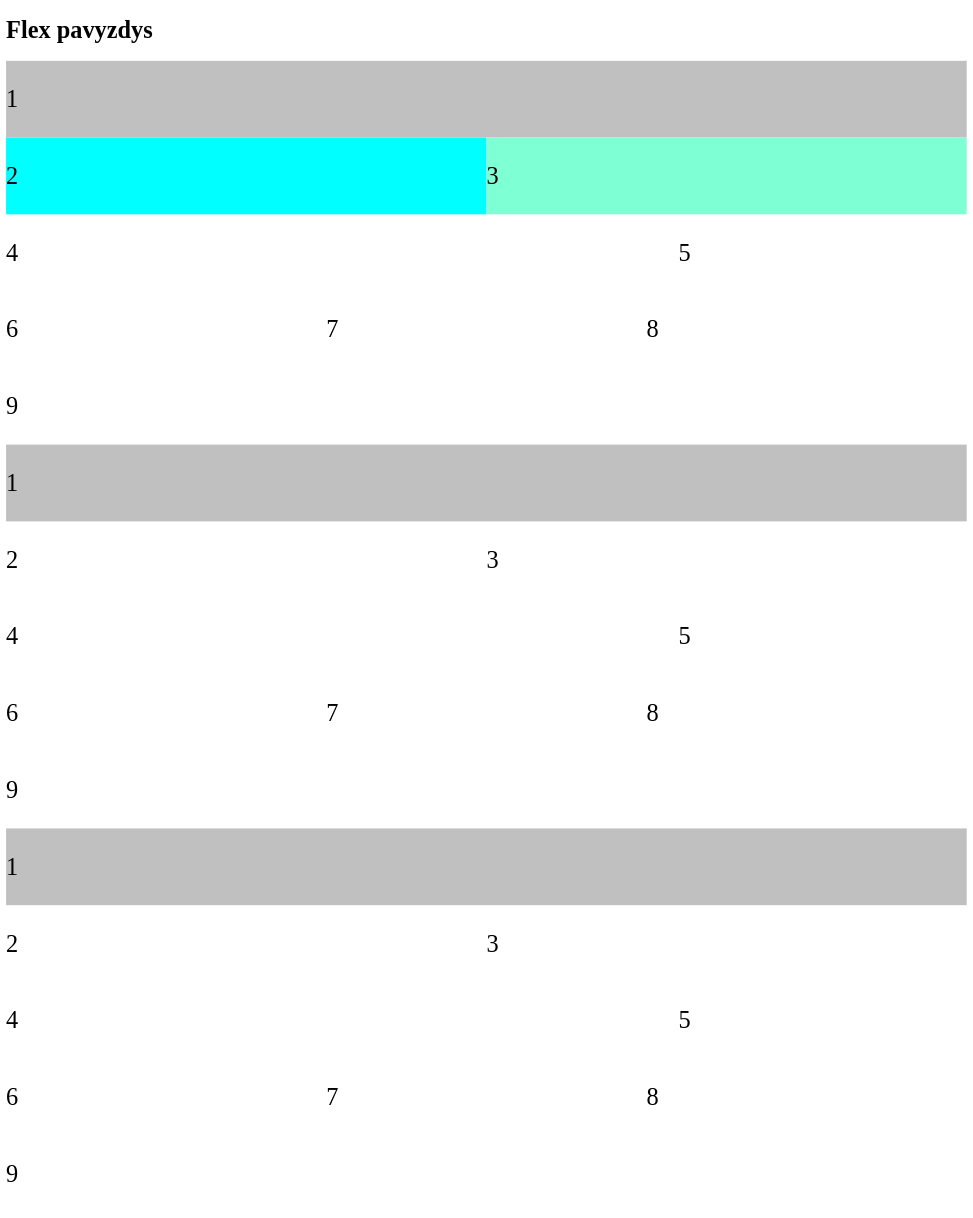
Repository: motiejus1/06-paskaita-invest
Page: index.html
The author's editor kept a copy of each file at every save. The page is drawn from the files as they stood at one save, then again after the next save.
The browser window is 1280 px wide. The pictures show the whole page, at 76% of full size.

Above is the page before, as saved 2021-06-09 18:40:53.

After the next save:
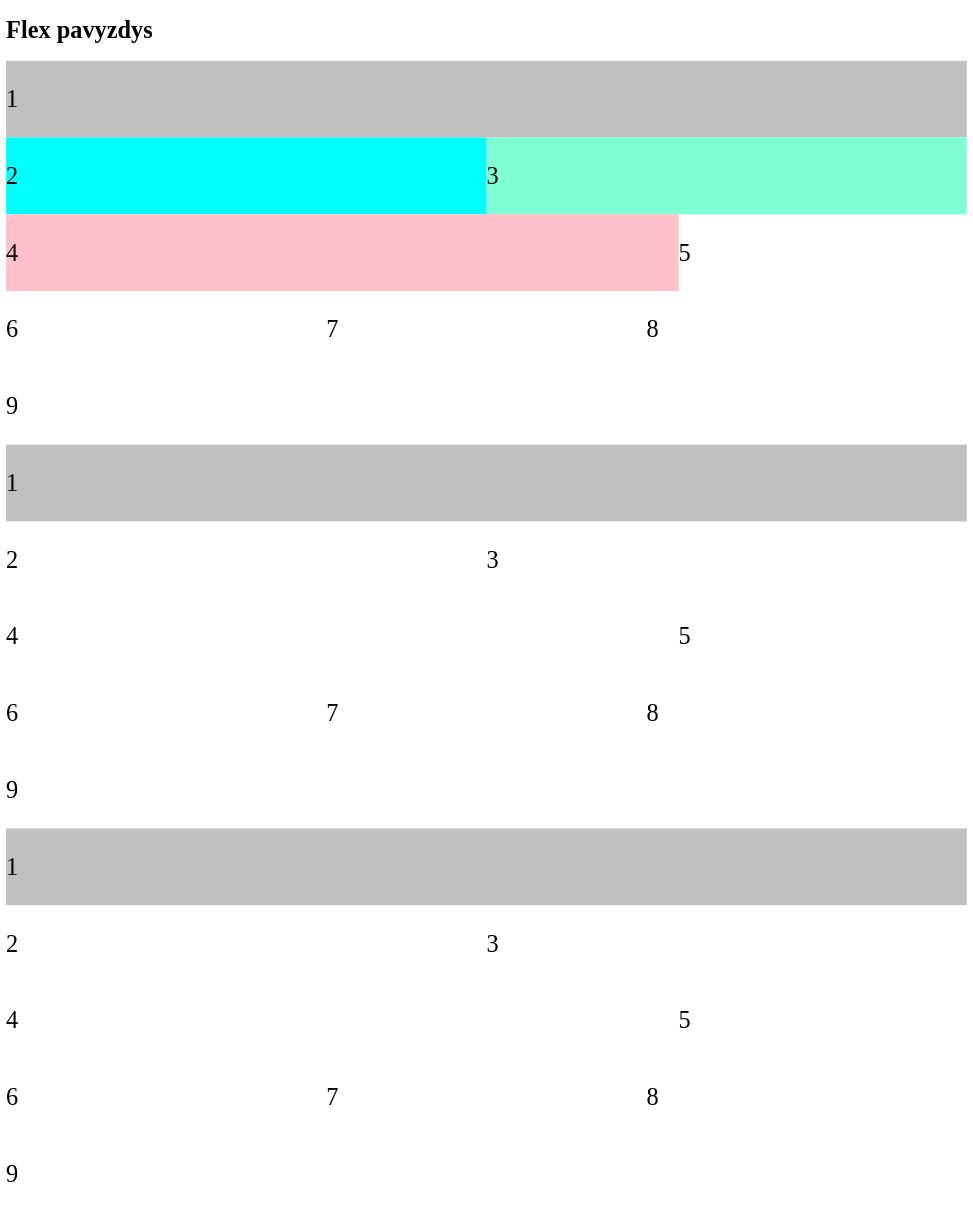
Saved 17 s later.
--- a/index.html
+++ b/index.html
@@ -58,7 +58,7 @@
             <div class="flex-item-1"><p>1</p></div>
             <div class="flex-item-2 zydra"><p>2</p></div>
             <div class="flex-item-3 zalsva"><p>3</p></div>
-            <div class="flex-item-4"><p>4</p></div>
+            <div class="flex-item-4 rozine"><p>4</p></div>
             <div class="flex-item-5"><p>5</p></div>
             <div class="flex-item-6"><p>6</p></div>
             <div class="flex-item-7"><p>7</p></div>
